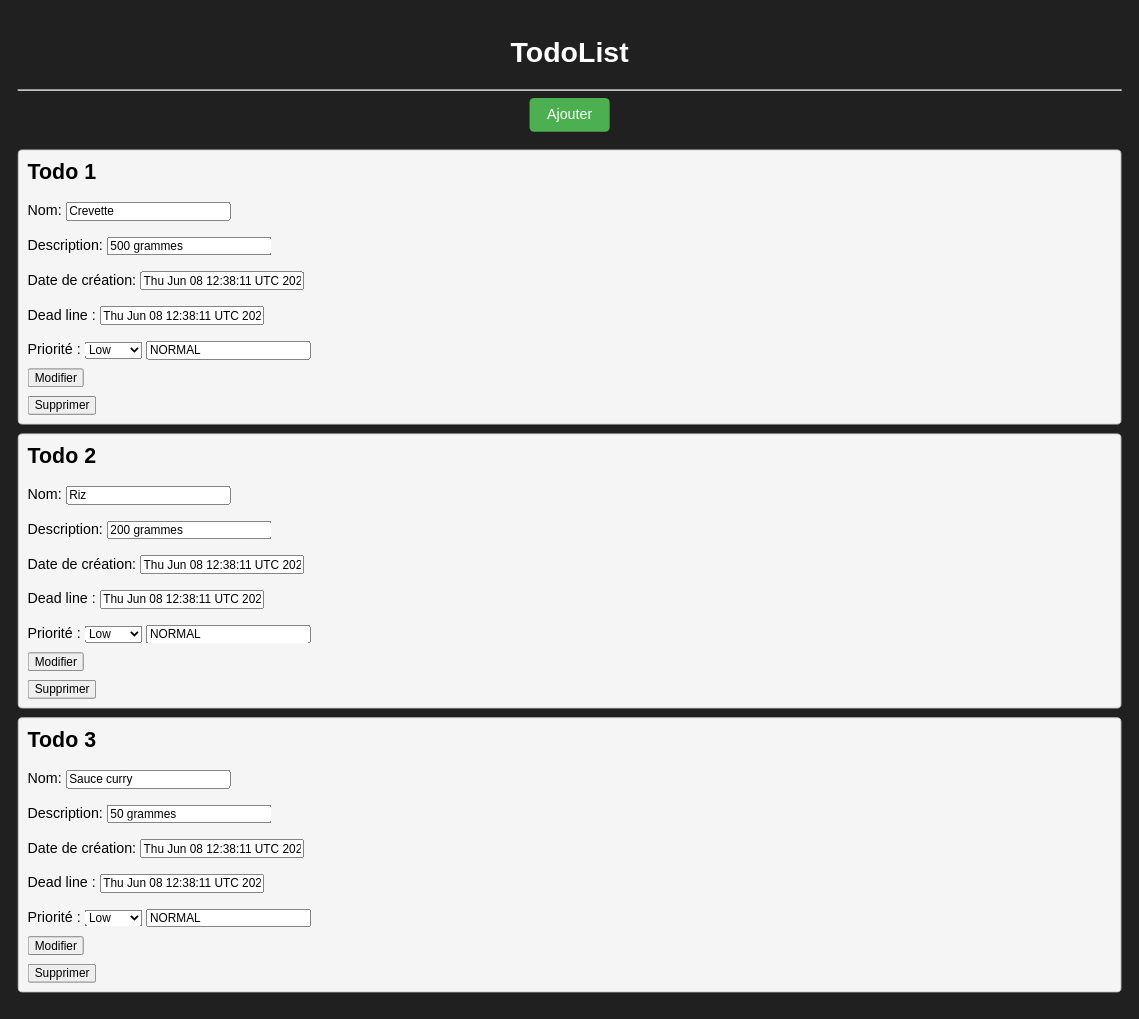
Repository: HugoGit-Hub/TodoList
Page: http://localhost/todo-list/TodoList
An editor plug-in stored every save of this project. The page is shown before and after the next save, followed by the edit.
The browser window is 1280 px wide. The pictures show the whole page, at 89% of full size.
The page is served by Tomcat 9. Other server files are loaded and not shown.

Above is the page before, as saved 2023-06-08 17:21:11.

### todo-list/src/main/webapp/jsp/todoList.jsp
<%@page import="java.util.ArrayList"%>
<%@page import="java.util.List"%>
<%@page import="fr.keyce.todo_list.model.Todo"%>
<%@page import="java.util.Map"%>
<%@taglib prefix="c" uri="http://java.sun.com/jsp/jstl/core"%>
<%@ page language="java" contentType="text/html; charset=UTF-8"
    pageEncoding="UTF-8"%>
<!DOCTYPE html>
<html>
	<head>
		<meta charset="UTF-8">
		<title>TodoList</title>
		<link href="../css/style.css" rel="stylesheet" type="text/css">
	</head>
	<body>
		<div>
			<h1>TodoList</h1><hr/>

			<div class="add-button">
				<c:url var="todoCreateUrl" value="/TodoCreate"/>
				<a href="${todoCreateUrl}">Ajouter</a>
			</div>

			<c:forEach items="${getAllTodo}" var="todo">
				<div class="todo-list">
    				<div class="todo-item">
						<form method="post" action="http://localhost:8080/todo-list/TodoList">
							<h2>Todo ${todo.getId()}</h2>
							<input type="text" id="id" name="id" value="${todo.getId()}" hidden="true">

							<label for="name">Nom:</label>
							<input type="text" id="name" name="name" value="${todo.getName()}"><br/><br/>

					 		<label for="description">Description:</label>
							<input type="text" id="description" name="description" value="${todo.getDescription()}"><br/><br/>

							<label for="creationDate">Date de création:</label>
							<input type="text" id="creationDate" name="creationDate" value="${todo.getCreationDate()}"><br/><br/>

							<label for="deadLine">Dead line :</label>
							<input type="text" id="deadLine" name="deadLine" value="${todo.getDeadLine()}"><br/><br/>

							<label for="priority">Priorité :</label>
							<select id="priority" name="priority" value="${todo.getPriority()}">
								<option value="LOW">Low</option>
								<option value="NORMAL">Normal</option>
								<option value="HIGH">High</option>
							</select>
							<input type="text" id="priority" name="priority" value="${todo.getPriority()}">
					 		<div class="buttons">
								<input type="submit" name="action" value="Modifier">
							</div>
						</form>

					 	<form method="post" action="http://localhost:8080/todo-list/TodoList">
							<input type="hidden" name="id" value="${todo.getId()}">
							<div class="buttons">
								<input type="submit" name="action" value="Supprimer">
							</div>
						</form>
					</div>
				</div>
			</c:forEach>
		</div>
	</body>
	<style>
    body {
      font-family: Arial, sans-serif;
      margin: 0;
      padding: 20px;
      background-color: #202020;
    }

    h1 {
      text-align: center;
      color: white;
    }

    .todo-item {
      margin-bottom: 10px;
      padding: 10px;
      border: 1px solid #ccc;
      border-radius: 5px;
      background-color: #f5f5f5;
    }

    .todo-item h2 {
      margin-top: 0;
    }

    .todo-item p {
      margin: 0;
    }

    .todo-item .buttons {
      margin-top: 10px;
    }

    .todo-item .buttons button {
      margin-right: 5px;
    }

    .add-button {
      text-align: center;
      margin-bottom: 20px;
    }

    .add-button a {
      display: inline-block;
      padding: 10px 20px;
      background-color: #4CAF50;
      color: #fff;
      text-decoration: none;
      border-radius: 5px;
    }
  </style>
</html>

### todo-list/src/main/java/fr/keyce/todo_list/controllers/TodoListServlet.java
package fr.keyce.todo_list.controllers;

import java.io.IOException;
import java.text.ParseException;
import java.text.SimpleDateFormat;
import java.util.Date;
import java.util.List;

import javax.servlet.RequestDispatcher;
import javax.servlet.ServletException;
import javax.servlet.annotation.WebServlet;
import javax.servlet.http.HttpServlet;
import javax.servlet.http.HttpServletRequest;
import javax.servlet.http.HttpServletResponse;

import fr.keyce.todo_list.model.Priority;
import fr.keyce.todo_list.model.Todo;
import fr.keyce.todo_list.services.TodoService;
import fr.keyce.todo_list.services.Impl.TodoServiceImpl;

@WebServlet(name = "TodoListServlet", urlPatterns = "/TodoList")
public class TodoListServlet extends HttpServlet {
	private static final long serialVersionUID = 1L;

	private TodoService todoService = TodoServiceImpl.getInstance();

	protected void doGet(HttpServletRequest request, HttpServletResponse response) throws ServletException, IOException {
		System.out.println(request.getRequestURI() + " > forward vers /jsp/todoList.jsp");
		List<Todo> todos = this.todoService.findAll();
		RequestDispatcher requestDispatcher = request.getRequestDispatcher("/jsp/todoList.jsp");
		request.setAttribute("getAllTodo", todos);

		requestDispatcher.forward(request, response);
	}

	protected void doPost(HttpServletRequest request, HttpServletResponse response) throws ServletException, IOException {
		String id = request.getParameter("id");
		String action = request.getParameter("action");

		switch (action) {
			case "Supprimer": {
				todoService.delete(Integer.parseInt(id));
				response.sendRedirect("http://localhost:8080/todo-list/TodoList");
				break;
			}
			case "Modifier":{
				Todo update = new Todo();

				String idTodo = request.getParameter("id");
				update.setId(Integer.parseInt(idTodo));

				String name = request.getParameter("name");
				update.setName(name);

				String description = request.getParameter("description");
				update.setDescription(description);

				String creationDate = request.getParameter("creationDate");
				try {
					Date convertDate = new SimpleDateFormat("dd/MM/yyyy").parse(creationDate);
					update.setCreationDate(convertDate);
				} catch (ParseException e) {
					e.printStackTrace();
				}

				String deadLine = request.getParameter("deadLine");
				try {
					Date convertDate = new SimpleDateFormat("dd/MM/yyyy").parse(deadLine);
					update.setDeadLine(convertDate);
				} catch (ParseException e) {
					e.printStackTrace();
				}

				String priority = request.getParameter("priority");
				switch (priority) {
					case "LOW": {
						update.setPriority(Priority.LOW);
					}
					case "NORMAL": {
						update.setPriority(Priority.NORMAL);
					}
					case "HIGH": {
						update.setPriority(Priority.HIGH);
					}
				}
				todoService.update(update);
				response.sendRedirect("http://localhost:8080/todo-list/TodoList");
				break;
			}
			default:
				throw new IllegalArgumentException("Unexpected value: ");
		}
	}
}

### todo-list/src/main/java/fr/keyce/todo_list/services/Impl/TodoServiceImpl.java
package fr.keyce.todo_list.services.Impl;

import java.util.List;

import fr.keyce.todo_list.dao.TodoDao;
import fr.keyce.todo_list.dao.db.TodoDaoDb;
import fr.keyce.todo_list.model.Todo;
import fr.keyce.todo_list.services.TodoService;

public class TodoServiceImpl implements TodoService {

	private final static TodoServiceImpl INSTANCE = new TodoServiceImpl();

	private TodoServiceImpl() {};

	public static TodoServiceImpl getInstance() {
		return INSTANCE;
	}

	private TodoDao todoDao = TodoDaoDb.getInstance();

	@Override
	public List<Todo> findAll() {
		return this.todoDao.findAll();
	}

	@Override
	public void delete(Integer id) {
		this.todoDao.delete(id);
	}

	@Override
	public Todo update(Todo todo) {
		return this.todoDao.update(todo);
	}

	@Override
	public Todo create(Todo todo) {
		return this.todoDao.create(todo);
	}

}

### todo-list/src/main/java/fr/keyce/todo_list/dao/TodoDao.java
package fr.keyce.todo_list.dao;

import java.util.List;

import fr.keyce.todo_list.model.Todo;

public interface TodoDao {
	public List<Todo> findAll();
	public void delete(Integer id);
	public Todo update(Todo todo);
	public Todo create(Todo todo);
}

### todo-list/src/main/java/fr/keyce/todo_list/dao/db/TodoDaoDb.java
package fr.keyce.todo_list.dao.db;

import java.util.List;

import fr.keyce.todo_list.dao.TodoDao;
import fr.keyce.todo_list.db.Database;
import fr.keyce.todo_list.model.Todo;

public class TodoDaoDb implements TodoDao {

	private final static TodoDaoDb INSTANCE = new TodoDaoDb();

	private TodoDaoDb() {};

	public static TodoDaoDb getInstance() {
		return INSTANCE;
	}

	private Database database = Database.getInstance();

	@Override
	public List<Todo> findAll() {
		return this.database.selectAll();
	}

	@Override
	public void delete(Integer id) {
		this.database.delete(id);
	}

	@Override
	public Todo update(Todo todo) {
		return this.database.update(todo);
	}

	@Override
	public Todo create(Todo todo) {
		return this.database.create(todo);
	}
}

### todo-list/src/main/java/fr/keyce/todo_list/db/Database.java
package fr.keyce.todo_list.db;

import java.util.ArrayList;
import java.util.Date;
import java.util.List;
import java.util.Map;
import java.util.TreeMap;

import fr.keyce.todo_list.model.Priority;
import fr.keyce.todo_list.model.Todo;

public class Database {

	private final static Database INSTANCE = new Database();

	private Map<Integer, Todo> map;

	private Database() {
		this.map = new TreeMap<Integer, Todo>();
		Todo todoCrevette = Todo.create(1, "Crevette", "500 grammes", new Date(), new Date(), Priority.NORMAL);
		this.map.put(todoCrevette.getId(), todoCrevette);
		Todo todoRiz = Todo.create(2, "Riz", "200 grammes", new Date(), new Date(), Priority.NORMAL);
		this.map.put(todoRiz.getId(), todoRiz);
		Todo todoSauceCurry = Todo.create(3, "Sauce curry", "50 grammes", new Date(), new Date(), Priority.NORMAL);
		this.map.put(todoSauceCurry.getId(), todoSauceCurry);
	}

	public static Database getInstance() {
		return INSTANCE;
	}

	public List<Todo> selectAll(){
		var value = this.map.values();
		return new ArrayList<>(value);
	}

	public void delete(Integer id) {
		map.remove(id);
	}

	public Todo update(Todo todo) {
		return map.put(todo.getId(), todo);
	}

	public Todo create(Todo todo) {
		Integer id = map.size() + 1;
		return map.put(id, todo);
	}
}

### todo-list/src/main/java/fr/keyce/todo_list/model/Priority.java
package fr.keyce.todo_list.model;

public enum Priority {

	LOW, NORMAL, HIGH

}

### todo-list/src/main/java/fr/keyce/todo_list/model/Todo.java
package fr.keyce.todo_list.model;

import java.util.Date;

public class Todo {

	private Integer id;

	private String name;

	private String description;

	private Date creationDate;

	private Date deadLine;

	private Priority priority;

	public Todo() {}

	public Integer getId() {
		return id;
	}

	public void setId(Integer id) {
		this.id = id;
	}

	public String getName() {
		return name;
	}

	public void setName(String name) {
		this.name = name;
	}

	public String getDescription() {
		return description;
	}

	public void setDescription(String description) {
		this.description = description;
	}

	public Date getCreationDate() {
		return creationDate;
	}

	public void setCreationDate(Date creationDate) {
		this.creationDate = creationDate;
	}

	public Date getDeadLine() {
		return deadLine;
	}

	public void setDeadLine(Date deadLine) {
		this.deadLine = deadLine;
	}

	public Priority getPriority() {
		return priority;
	}

	public void setPriority(Priority priority) {
		this.priority = priority;
	}

	public final static Todo create(Integer id, String name, String description, Date creationDate, Date deadLine, Priority priority) {
		Todo todo = new Todo();
		todo.id = id;
		todo.name = name;
		todo.description = description;
		todo.creationDate = creationDate;
		todo.deadLine = deadLine;
		todo.priority = priority;
		return todo;
	}
}

### todo-list/src/main/webapp/css/style.css
@charset "UTF-8";

    body {
      font-family: Arial, sans-serif;
      margin: 0;
      padding: 20px;
      background-color: #202020;
    }

    h1 {
      text-align: center;
      color: white;
    }

    .todo-item {
      margin-bottom: 10px;
      padding: 10px;
      border: 1px solid #ccc;
      border-radius: 5px;
      background-color: #f5f5f5;
    }

    .todo-item h2 {
      margin-top: 0;
    }

    .todo-item p {
      margin: 0;
    }

    .todo-item .buttons {
      margin-top: 10px;
    }

    .todo-item .buttons button {
      margin-right: 5px;
    }

    .add-button {
      text-align: center;
      margin-bottom: 20px;
    }

    .add-button a {
      display: inline-block;
      padding: 10px 20px;
      background-color: #4CAF50;
      color: #fff;
      text-decoration: none;
      border-radius: 5px;
    }

After the next save:
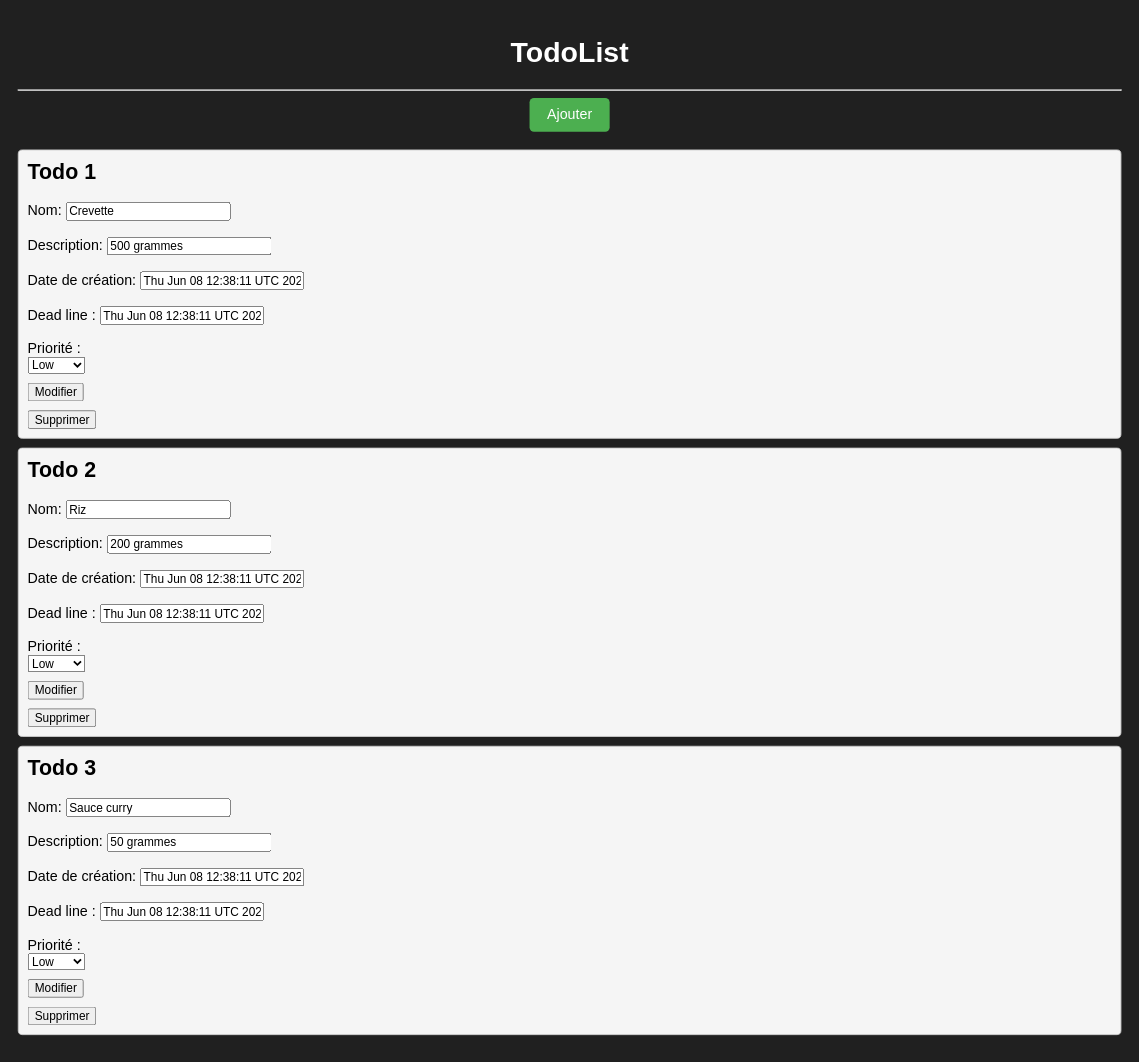
Saved 2 min 20 s later.
--- a/todo-list/src/main/webapp/jsp/todoList.jsp
+++ b/todo-list/src/main/webapp/jsp/todoList.jsp
@@ -41,12 +41,12 @@
 							<input type="text" id="deadLine" name="deadLine" value="${todo.getDeadLine()}"><br/><br/>
 
 							<label for="priority">Priorité :</label>
+							<p value="${todo.getPriority()}">
 							<select id="priority" name="priority" value="${todo.getPriority()}">
 								<option value="LOW">Low</option>
 								<option value="NORMAL">Normal</option>
 								<option value="HIGH">High</option>
 							</select>
-							<input type="text" id="priority" name="priority" value="${todo.getPriority()}">
 					 		<div class="buttons">
 								<input type="submit" name="action" value="Modifier">
 							</div>
